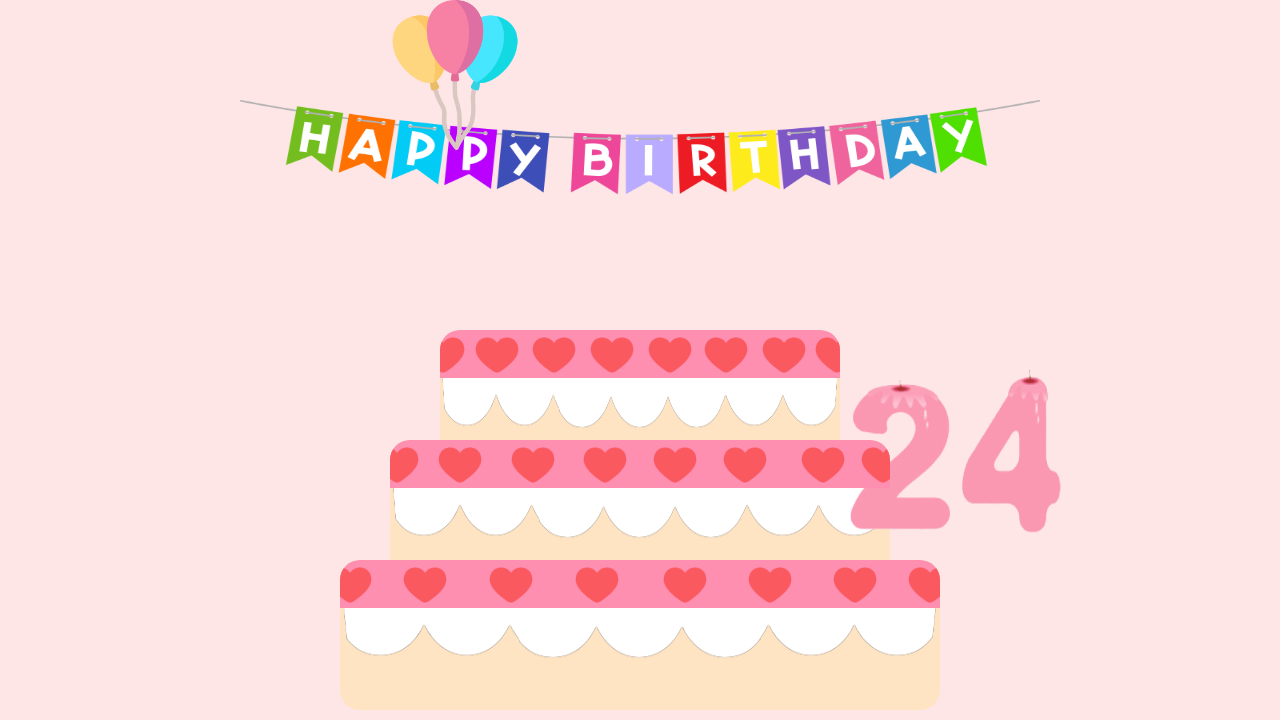
Repository: iphoneboy46/happybirthday
Page: index.html
The author's editor kept a copy of each file at every save. The page is drawn from the files as they stood at one save, then again after the next save.
The browser window is 1280 px wide. The pictures show the whole page.

Above is the page before, as saved 2022-11-28 18:14:52.

After the next save:
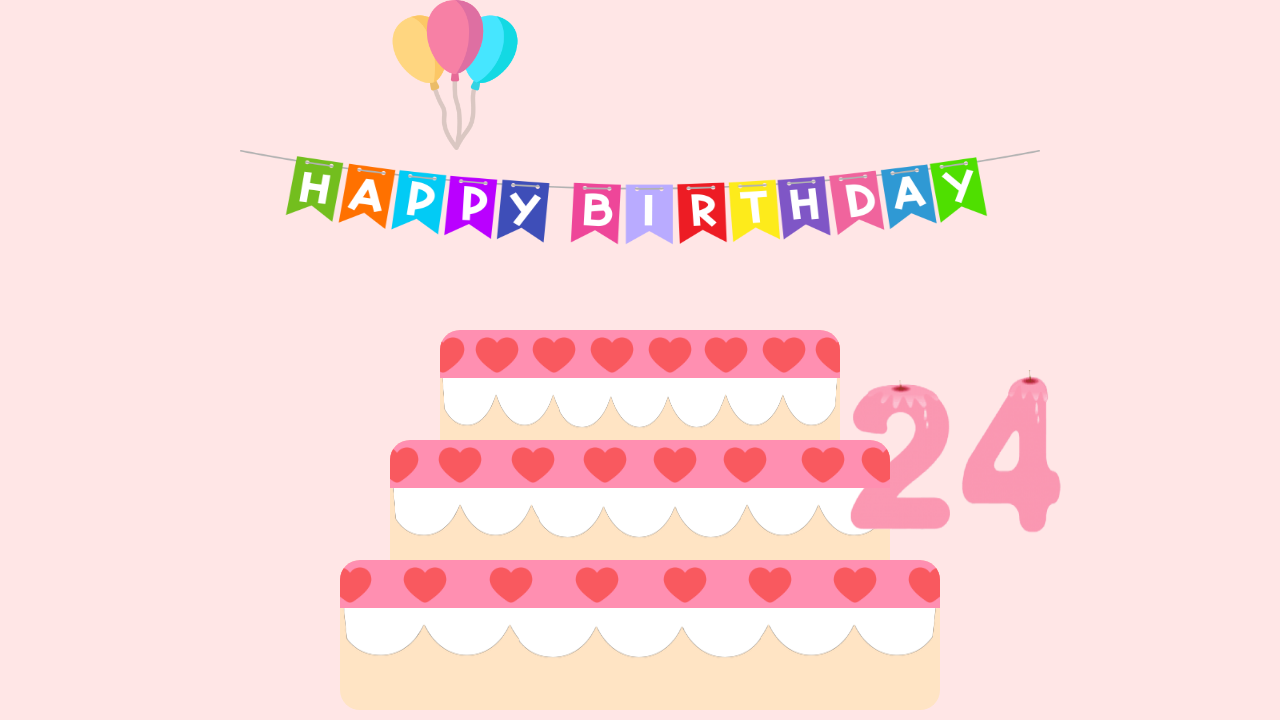
Saved 8 s later.
--- a/style.css
+++ b/style.css
@@ -473,7 +473,7 @@
 
 .text-hbbd{
     position: absolute;
-    top: 100px;
+    top: 150px;
     width: 800px;
     height: 100px;
 }
